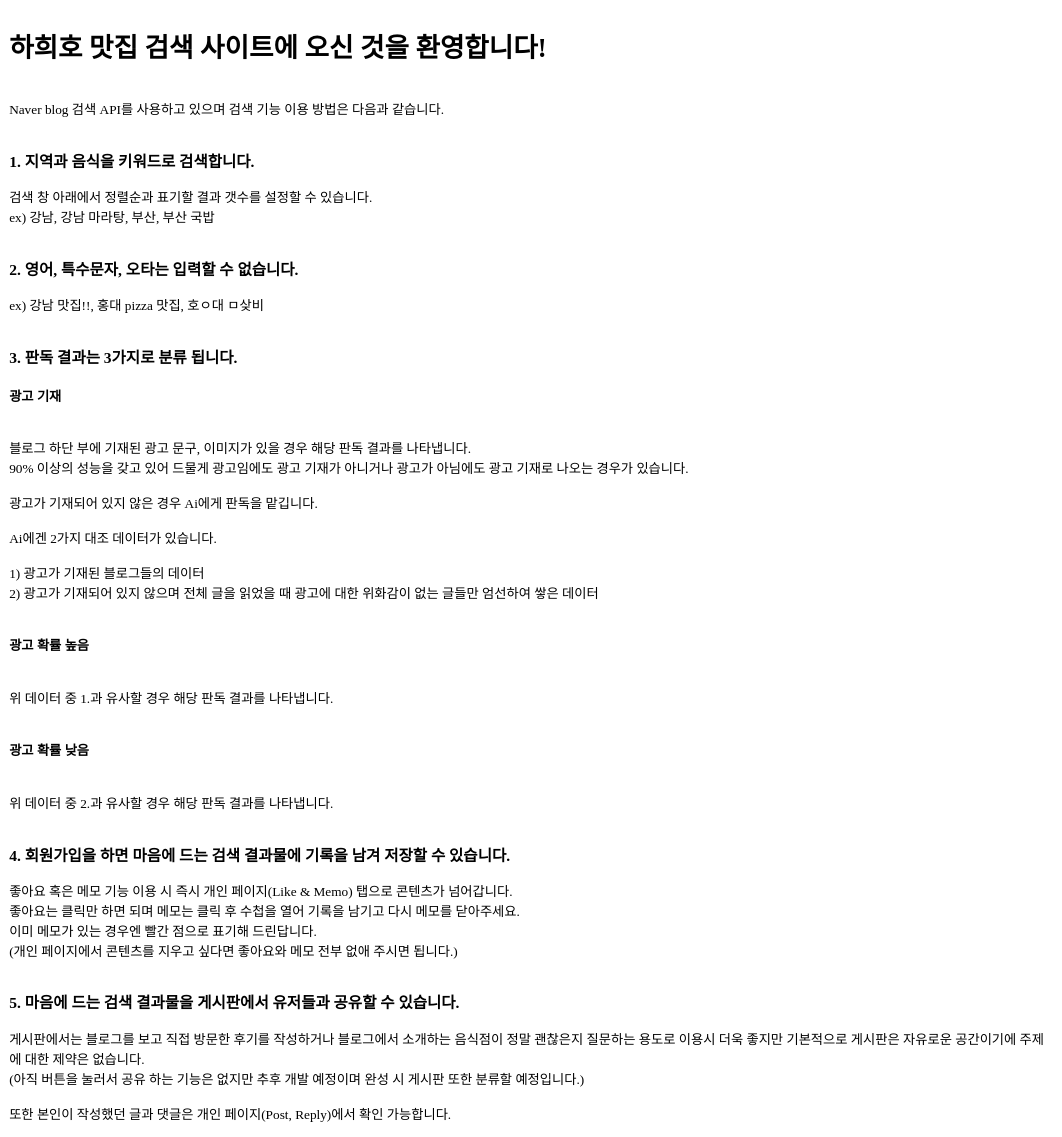
Repository: GOHO97/Haheeho
Page: http://localhost/Haheeho_Adblock/WEB-INF/views/main/main.jsp
These files come from the project's save history. The page is drawn as it stood at one moment and after the next save; the edit follows.
The browser window is 1280 px wide. The pictures show the whole page, at 83% of full size.
The page is served by Tomcat 9. Nobody is signed in. Other server files are loaded and not shown. The template is opened directly, without the code that normally fills it, so the values that code supplies are empty.

Above is the page before, as saved 2022-11-11 05:15:48.

### Haheeho_Adblock/src/main/webapp/WEB-INF/views/main/main.jsp
<%@ page language="java" contentType="text/html; charset=UTF-8"
	pageEncoding="UTF-8"%>
<%@ taglib prefix="c" uri="http://java.sun.com/jsp/jstl/core"%>
<!DOCTYPE html>
<html>
<head>
<meta charset="UTF-8">
<title>Insert title here</title>
</head>
<body>
		<div id="mainSearchResultDiv" style="display: none;"></div>
		<table>
			<tr>
				<td>
					<h1>하희호 맛집 검색 사이트에 오신 것을 환영합니다!</h1>
					<br>
					Naver blog 검색 API를 사용하고 있으며 검색 기능 이용 방법은 다음과 같습니다.<br>
					<br>
					<h3>1. 지역과 음식을 키워드로 검색합니다.</h3>
					검색 창 아래에서 정렬순과 표기할 결과 갯수를 설정할 수 있습니다.<br>
					ex) 강남, 강남 마라탕, 부산, 부산 국밥<br>
					<br>
					<h3>2. 영어, 특수문자, 오타는 입력할 수 없습니다.</h3>
					ex) 강남 맛집!!, 홍대 pizza 맛집, 호ㅇ대 ㅁ샂비<br>
					<br>
					<h3>3. 판독 결과는 3가지로 분류 됩니다.</h3>
					<h4>광고 기재</h4><br>
					블로그 하단 부에 기재된 광고 문구, 이미지가 있을 경우 해당 판독 결과를 나타냅니다.<br>
					90% 이상의 성능을 갖고 있어 드물게 광고임에도 광고 기재가 아니거나 광고가 아님에도 광고 기재로 나오는 경우가 있습니다.<br>
					<br>
					광고가 기재되어 있지 않은 경우 Ai에게 판독을 맡깁니다.<br>
					<br>
					Ai에겐 2가지 대조 데이터가 있습니다.<br>
					<br>
					1) 광고가 기재된 블로그들의 데이터<br>
					2) 광고가 기재되어 있지 않으며 전체 글을 읽었을 때 광고에 대한 위화감이 없는 글들만 엄선하여 쌓은 데이터<br>
					<br>
					<h4>광고 확률 높음</h4><br>
					위 데이터 중 1.과 유사할 경우 해당 판독 결과를 나타냅니다.<br>
					<br>
					<h4>광고 확률 낮음</h4><br>
					위 데이터 중 2.과 유사할 경우 해당 판독 결과를 나타냅니다.<br>
					<br>
					<h3>4. 회원가입을 하면 마음에 드는 검색 결과물에 기록을 남겨 저장할 수 있습니다.</h3>
					좋아요 혹은 메모 기능 이용 시 즉시 개인 페이지(Like & Memo) 탭으로 콘텐츠가 넘어갑니다.<br>
					좋아요는 클릭만 하면 되며 메모는 클릭 후 수첩을 열어 기록을 남기고 다시 메모를 닫아주세요.<br>
					이미 메모가 있는 경우엔 빨간 점으로 표기해 드린답니다.<br>
					(개인 페이지에서 콘텐츠를 지우고 싶다면 좋아요와 메모 전부 없애 주시면 됩니다.)<br>
					<br>
					<h3>5. 마음에 드는 검색 결과물을 게시판에서 유저들과 공유할 수 있습니다.</h3>
					게시판에서는 블로그를 보고 직접 방문한 후기를 작성하거나 블로그에서 소개하는 음식점이 정말 괜찮은지 질문하는 용도로 이용시 더욱 좋지만 기본적으로 게시판은 자유로운 공간이기에 주제에 대한 제약은 없습니다.<br>
					(아직 버튼을 눌러서 공유 하는 기능은 없지만 추후 개발 예정이며 완성 시 게시판 또한 분류할 예정입니다.)<br>
					<br>
					또한 본인이 작성했던 글과 댓글은 개인 페이지(Post, Reply)에서 확인 가능합니다.
				</td>
			</tr>
		</table>
		<table id="postArea" >
			<tr>
				<td>
					<c:forEach var="p" begin="0" end="100">
						<table id="post${p }" class="posts" style="display: none;">
							<tr>
								<td class="adAlertTd" align="center" id="postLabel${p }">
									판독중
								</td>
								<td class="imgTd" align="left">
									<img id="postImg${p }" src="resources/img/ready.PNG" class="photo">
								</td>
								<td></td>
								<td></td>
							</tr>
							<tr>
								<td class="mpTitle" colspan="4" align="center" class="blogName">
									<a id="postBlogName${p }"></a>
								</td>
							</tr>
							<tr>
								<td class="mpDate" colspan="4" align="right" id="postDate${p }">
								</td>
							</tr>
							<tr>
								<td class="mpContent" colspan="4"  id="postContent${p }">
								</td>
							</tr>
							<tr>
								<td class="mptd" colspan="2">
									<textarea class="memo" id="memo${p }" style="display: none;"></textarea>
								</td>
								<td class="mpMemo" align="right">
									<img src="resources/img/closeMemo.png" onclick="clickMemoButton(${p })" id="memoButton${p }" style="max-width: 70px;">
								</td>
								<td class="mpHeart" align="right">
									<img onclick="clickLikeUpButton(this.id)" id="${p }" class="likeButton"
										src="resources/img/emptyHeart.PNG" style="max-width: 50px;">
									<span id="likeCount${p }"></span>
								</td>
							</tr>
						</table>
					</c:forEach>
				</td>
			</tr>
		</table>
</body>

After the next save:
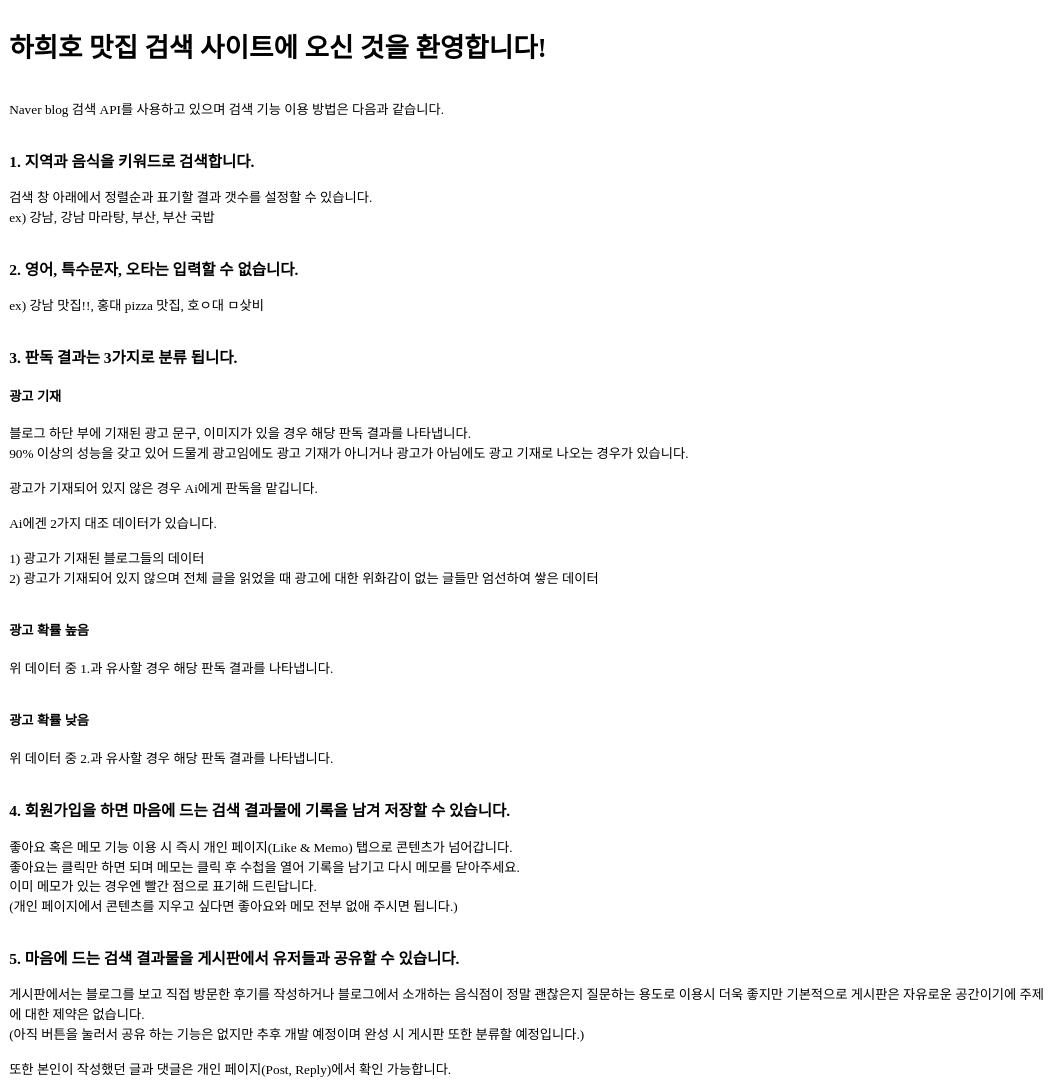
Saved 27 s later.
--- a/Haheeho_Adblock/src/main/webapp/WEB-INF/views/main/main.jsp
+++ b/Haheeho_Adblock/src/main/webapp/WEB-INF/views/main/main.jsp
@@ -24,7 +24,7 @@
 					ex) 강남 맛집!!, 홍대 pizza 맛집, 호ㅇ대 ㅁ샂비<br>
 					<br>
 					<h3>3. 판독 결과는 3가지로 분류 됩니다.</h3>
-					<h4>광고 기재</h4><br>
+					<h4>광고 기재</h4>
 					블로그 하단 부에 기재된 광고 문구, 이미지가 있을 경우 해당 판독 결과를 나타냅니다.<br>
 					90% 이상의 성능을 갖고 있어 드물게 광고임에도 광고 기재가 아니거나 광고가 아님에도 광고 기재로 나오는 경우가 있습니다.<br>
 					<br>
@@ -35,10 +35,10 @@
 					1) 광고가 기재된 블로그들의 데이터<br>
 					2) 광고가 기재되어 있지 않으며 전체 글을 읽었을 때 광고에 대한 위화감이 없는 글들만 엄선하여 쌓은 데이터<br>
 					<br>
-					<h4>광고 확률 높음</h4><br>
+					<h4>광고 확률 높음</h4>
 					위 데이터 중 1.과 유사할 경우 해당 판독 결과를 나타냅니다.<br>
 					<br>
-					<h4>광고 확률 낮음</h4><br>
+					<h4>광고 확률 낮음</h4>
 					위 데이터 중 2.과 유사할 경우 해당 판독 결과를 나타냅니다.<br>
 					<br>
 					<h3>4. 회원가입을 하면 마음에 드는 검색 결과물에 기록을 남겨 저장할 수 있습니다.</h3>
